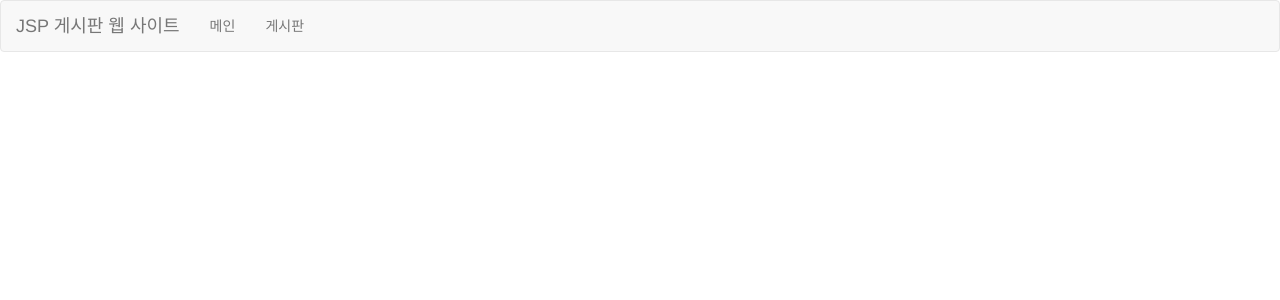
Repository: SongJeongHyo/Spring_Study
Page: http://localhost/BBS/login.jsp
These files come from the project's save history. The page is drawn as it stood at one moment and after the next save; the edit follows.
The browser window is 1280 px wide. The pictures show the whole page.
Some web libraries are served in a nearby version. The page is served by Tomcat 9.

Above is the page before, as saved 2022-04-27 08:27:36.

### project/BBS/src/main/webapp/login.jsp
<%@ page language="java" contentType="text/html; charset=UTF-8"
    pageEncoding="UTF-8"%>
<!DOCTYPE html>
<html>
<head>
<meta charset="UTF-8">
<meta name = "viewport" content="width=device-width", intital-scale="1">
<link rel = "stylesheet" href="css/bootstrap.css">
<title>JSP 게시판 웹 사이트</title>
</head>
<body>
	<nav class="navbar navbar-default">
		<div class="navbar-header">
			<button type="button" class="navbar-toggle collapsed"
				data-toggle="collapse" data-target="#bs-example-navbar-collapse-1"
				aria-expanded="false">
				<span class="icon-bar"></span>
				<span class="icon-bar"></span>
				<span class="icon-bar"></span>
				</button>
				<a class="navbar-brand" href="main.jsp">JSP 게시판 웹 사이트</a>
		</div>
		<div class="collapse navbar-collapse" id="bs-example-navbar-collapse-1">
			<ul class="nav navbar-nav">
				<li><a href="main.jsp">메인</a></li>
				<li><a href="bbs.jsp">게시판</a></li>
			</ul>
		</div>
	</nav>
	<script src = "https://code.jquery.com/jquery-3.1.1.min.js"></script>
	<script src = "js/bootstrap.js"></script>
</body>
</html>

Loaded but not shown: project/BBS/src/main/webapp/css/bootstrap.css (library); project/BBS/src/main/webapp/js/bootstrap.js (library)

After the next save:
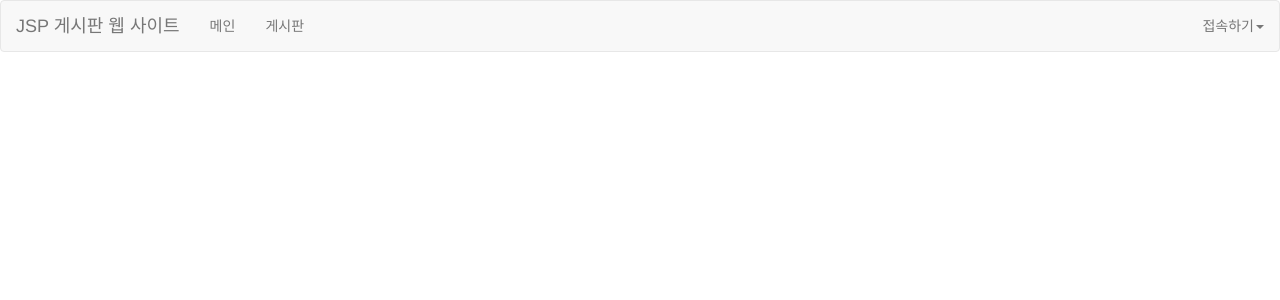
Saved 2 min 29 s later.
--- a/project/BBS/src/main/webapp/login.jsp
+++ b/project/BBS/src/main/webapp/login.jsp
@@ -25,6 +25,13 @@
 				<li><a href="main.jsp">메인</a></li>
 				<li><a href="bbs.jsp">게시판</a></li>
 			</ul>
+			<ul class="nav navbar-nav navbar-right">
+				<li class="dropdown">
+					<a href="#" class="dropdown-toggle"
+						data-toggle="dropdown" role="button" aria-haspopup="true"
+						aria-expanded="false">접속하기<span class="caret"></span></a>
+				</li>
+			</ul>
 		</div>
 	</nav>
 	<script src = "https://code.jquery.com/jquery-3.1.1.min.js"></script>
